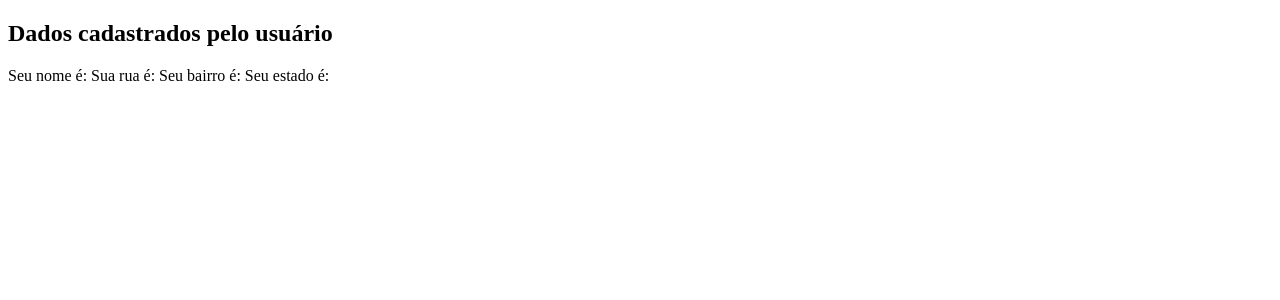
Repository: Fabio2000/Faculdade-Projetos
Page: http://localhost/exercicios/dados.jsp
The author's editor kept a copy of each file at every save. The page is drawn from the files as they stood at one save, then again after the next save.
The browser window is 1280 px wide. The pictures show the whole page.
The page is served by Tomcat 9.

Above is the page before, as saved 2022-09-11 20:40:28.

After the next save:
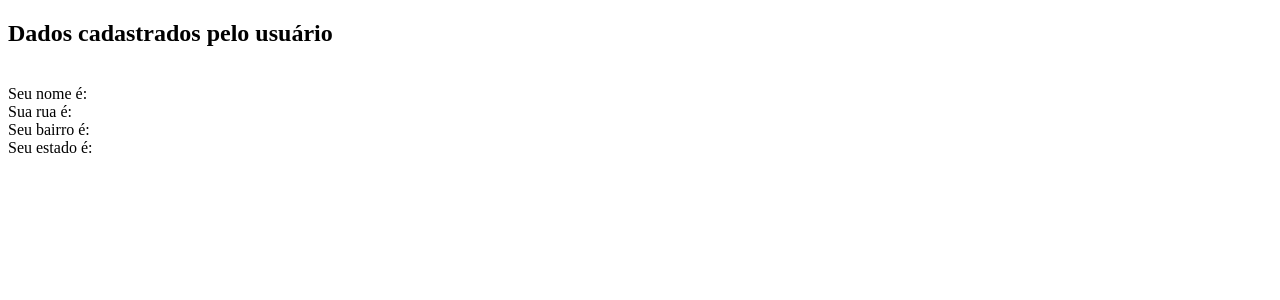
Saved 66 s later.
--- a/exercicios/src/main/webapp/dados.jsp
+++ b/exercicios/src/main/webapp/dados.jsp
@@ -8,10 +8,10 @@
 </head>
 <body>
 
-		<h2>Dados cadastrados pelo usuário</h2>
-		<a>Seu nome é: ${param.nome}</a>
-		<a>Sua rua é: ${param.rua}</a>
-		<a>Seu bairro é: ${param.bairro}</a>
-		<a>Seu estado é: ${param.estado}</a>
+		<h2>Dados cadastrados pelo usuário</h2><br/>
+		<a>Seu nome é: ${param.nome}</a><br/>
+		<a>Sua rua é: ${param.rua}</a><br/>
+		<a>Seu bairro é: ${param.bairro}</a><br/>
+		<a>Seu estado é: ${param.estado}</a><br/>
 	</body>
 </html>
